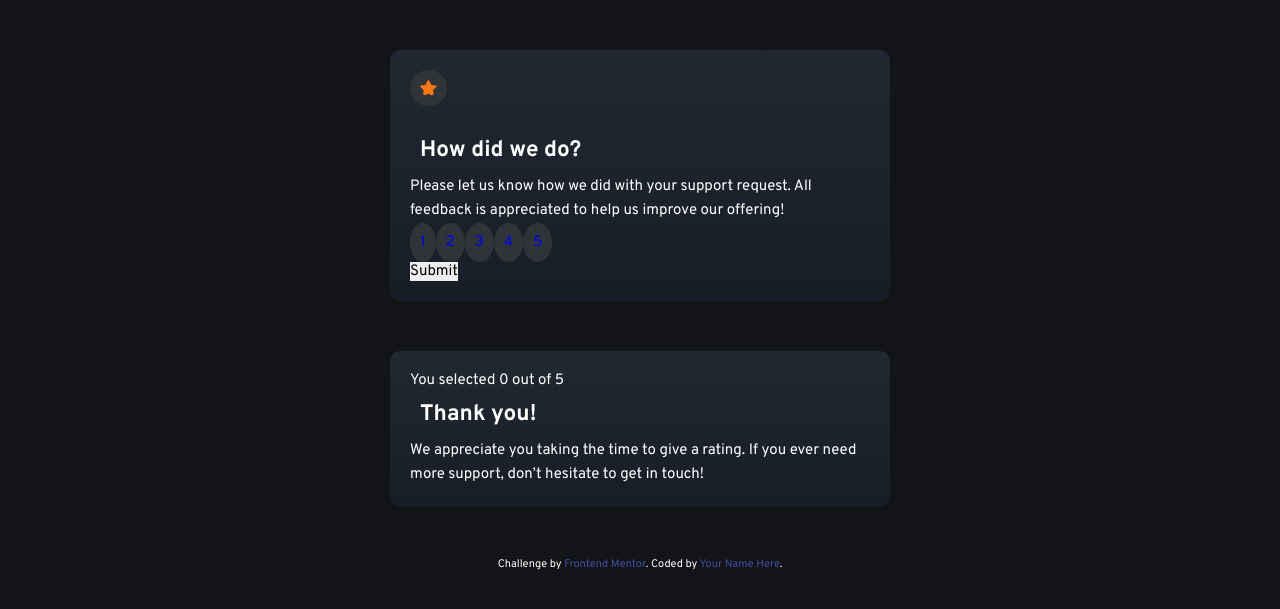
Repository: huynhnhutanhduy/interactive-rating-component
Page: index.html
These files come from the project's save history. The page is drawn as it stood at one moment and after the next save; the edit follows.
The browser window is 1280 px wide. The pictures show the whole page.

Above is the page before, as saved 2022-10-19 10:16:50.

### index.html
<!DOCTYPE html>
<html lang="en">
  <head>
    <meta charset="UTF-8" />
    <meta name="viewport" content="width=device-width, initial-scale=1.0" />
    <!-- displays site properly based on user's device -->
    <link rel="icon" type="image/png" sizes="32x32" href="./images/favicon-32x32.png" />
    <title>Frontend Mentor | Interactive rating component</title>
    <link rel="preconnect" href="https://fonts.googleapis.com" />
    <link rel="preconnect" href="https://fonts.gstatic.com" crossorigin />
    <link
      href="https://fonts.googleapis.com/css2?family=Overpass:wght@400;700&display=swap"
      rel="stylesheet"
    />
    <link rel="stylesheet" href="./app.css" />
  </head>
  <body>
    <main>
      <!-- Rating state start -->
      <article class="rating-container">
        <img src="./images/icon-star.svg" alt="icon-star" class="rating-star" />
        <h2 class="rating-title">How did we do?</h2>
        <p class="rating-desc">
          Please let us know how we did with your support request. All feedback is appreciated
          to help us improve our offering!
        </p>
        <ul class="rating-list">
          <li><a href="#" class="rating-item">1</a></li>
          <li><a href="#" class="rating-item">2</a></li>
          <li><a href="#" class="rating-item">3</a></li>
          <li><a href="#" class="rating-item">4</a></li>
          <li><a href="#" class="rating-item">5</a></li>
        </ul>
        <button type="submit" class="rating-btn">Submit</button>
      </article>
      <!-- Rating state end -->

      <!-- Thank you state start -->
      <article class="rating-container">
        <p class="rating-result">You selected <span>0</span> out of 5</p>
        <!-- Add rating here -->
        <h2 class="rating-title">Thank you!</h2>
        <p class="rating-desc">
          We appreciate you taking the time to give a rating. If you ever need more support,
          don’t hesitate to get in touch!
        </p>
        <!-- Thank you state end -->
      </article>
    </main>

    <footer class="attribution">
      Challenge by
      <a href="https://www.frontendmentor.io?ref=challenge" target="_blank">Frontend Mentor</a
      >. Coded by <a href="#">Your Name Here</a>.
    </footer>

    <script src="./app.js"></script>
  </body>
</html>

### app.css
:root {
  --primary: hsl(25, 97%, 53%);
  --white: hsl(0, 0%, 100%);
  --light-grey: hsl(217, 12%, 63%);
  --medium-grey: hsl(216, 12%, 54%);
  --dark-blue: hsl(213, 19%, 18%);
  --very-dark-blue: hsl(216, 12%, 8%);
}
* {
  margin: 0;
  padding: 0;
  border: 0;
}
*,
*::before,
*::after,
html {
  box-sizing: border-box;
}
html {
  font-size: 62.5%;
}
body {
  font-size: 1.5rem;
  font-family: "Overpass", sans-serif;
  font-weight: normal;
  background-color: var(--very-dark-blue);
  color: var(--white);
}
a {
  text-decoration: none;
}
img {
  display: block;
  max-width: 100%;
}
button {
  outline: none;
  font-size: 1.5rem;
  font-family: "Overpass", sans-serif;
  font-weight: 400;
  cursor: pointer;
}

.attribution {
  font-size: 11px;
  text-align: center;
}
.attribution a {
  color: hsl(228, 45%, 44%);
}

.rating-container {
  max-width: 50rem;
  background-image: linear-gradient(to top, hsl(214, 26%, 12%), hsl(212, 20%, 16%));
  color: var(--white);
  padding: 2rem;
  border-radius: 1rem;
  margin: 5rem auto;
}
.rating-star {
  background-color: hsl(205, 10%, 20%);
  margin-bottom: 3rem;
  border-radius: 50%;
  padding: 1rem;
}
.rating-title {
  margin: 1rem;
}
.rating-desc {
  line-height: 1.6;
}
.rating-list {
  display: flex;
}
.rating-list li {
  list-style: none;
  border-radius: 50%;
  padding: 1rem;
  background-color: hsl(205, 10%, 20%);
}

Loaded but not shown: app.js (no stored copy; drawn as an empty file)

After the next save:
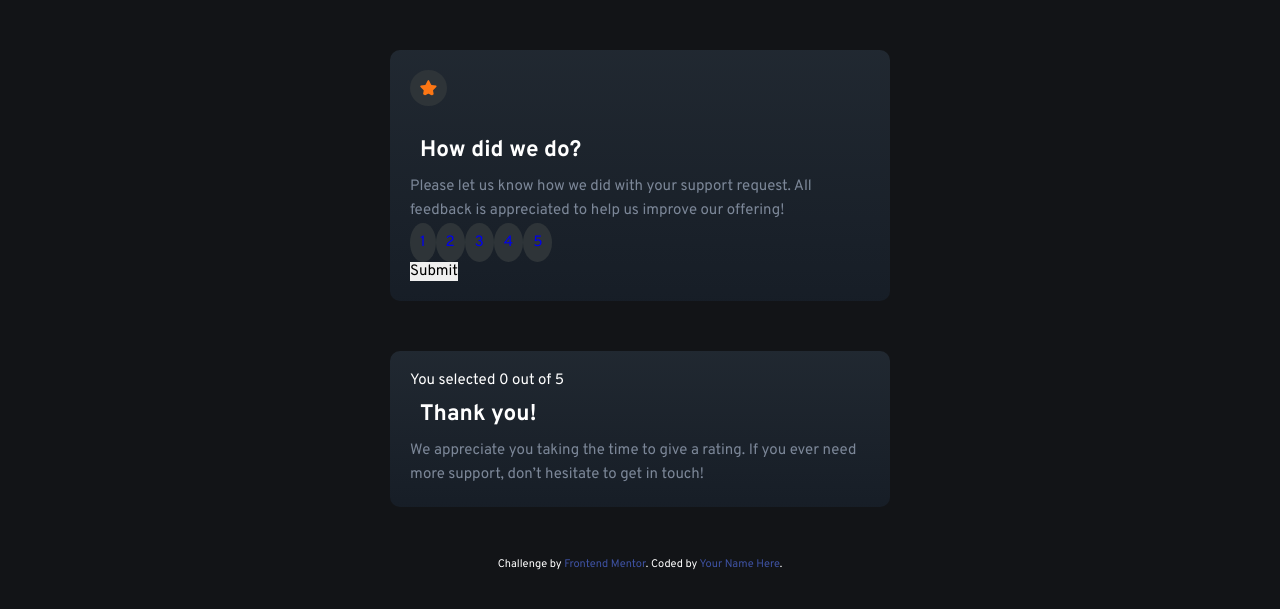
Saved 36 s later.
--- a/app.css
+++ b/app.css
@@ -67,6 +67,10 @@ button {
 .rating-title {
   margin: 1rem;
 }
+.rating-desc,
+.rating-list {
+  color: var(--medium-grey);
+}
 .rating-desc {
   line-height: 1.6;
 }
